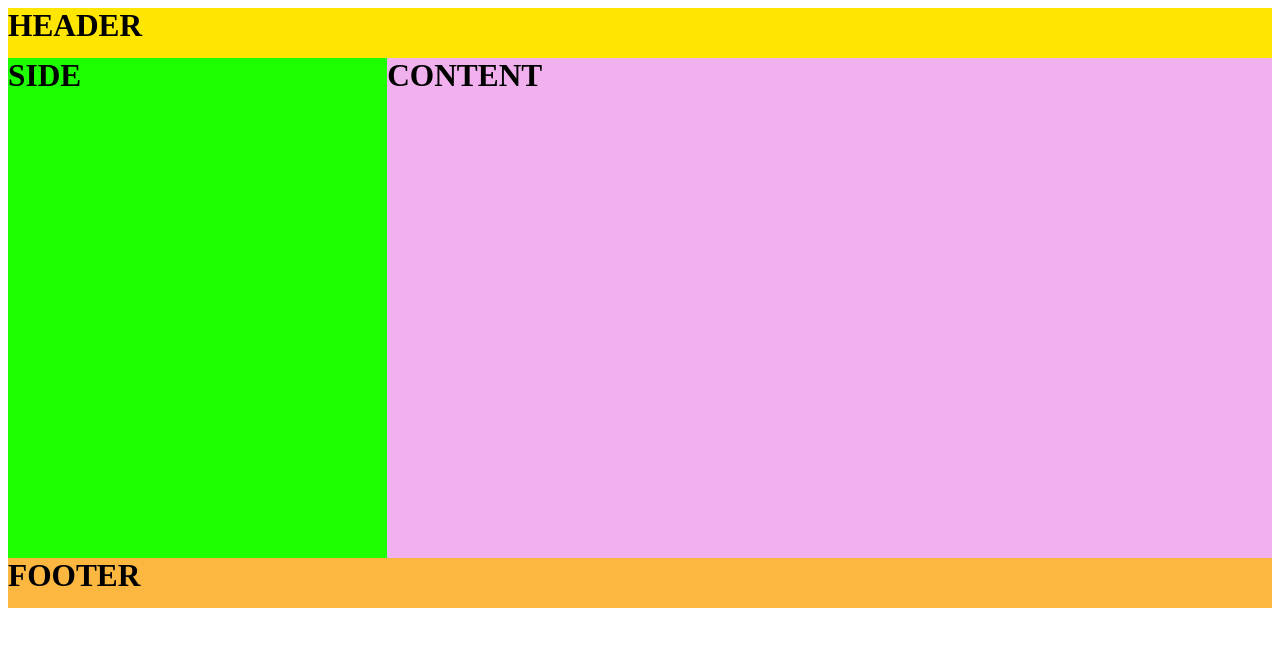
Repository: DuongThanhLong/Basic-responsive-HTML--CSS
Page: Flexbox/index.html
These files come from the project's save history. The page is drawn as it stood at one moment and after the next save; the edit follows.
The browser window is 1280 px wide. The pictures show the whole page.

Above is the page before, as saved 2021-09-21 18:14:26.

### Flexbox/index.html
<!DOCTYPE html>
<html lang="en">

<head>
    <meta charset="UTF-8">
    <meta http-equiv="X-UA-Compatible" content="IE=edge">
    <meta name="viewport" content="width=device-width, initial-scale=1.0">
    <title>Flexbox</title>
    <style>
        * {
            box-sizing: inherit;
            font-size: 1.4rem;
        }

        header {
            font-weight: bold;
            background-color: rgb(255, 230, 0);
            height: 50px;
        }

        .center {
            display: flex;
            height: 500px;
        }

        .side {
            font-weight: bold;
            width: 30%;
            background-color: rgb(30, 255, 0);
        }

        .content {
            font-weight: bold;
            width: 70%;
            background-color: #F1B1EE;
        }

        footer {
            font-weight: bold;
            background-color: #FCB741;
            height: 50px;
        }
    </style>
</head>

<body>
    <header>HEADER</header>
    <div class="center">
        <div class="side">SIDE</div>
        <div class="content">CONTENT</div>
    </div>
    <footer>FOOTER</footer>
</body>

</html>

After the next save:
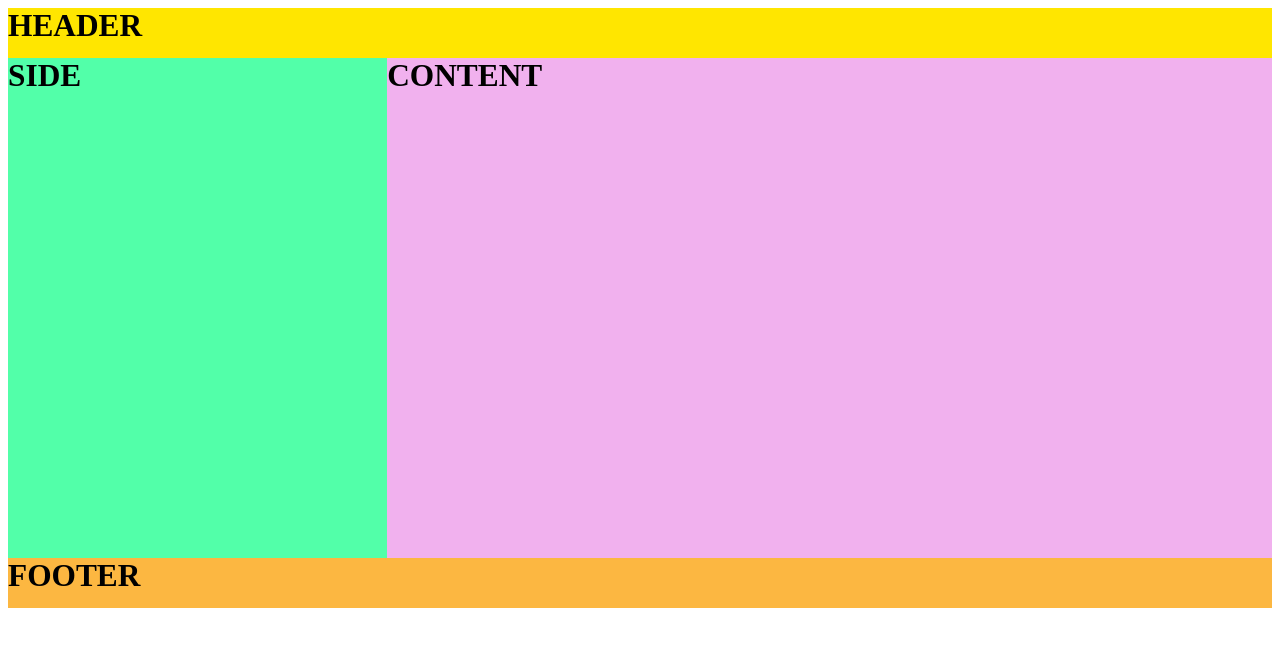
Saved 19 s later.
--- a/Flexbox/index.html
+++ b/Flexbox/index.html
@@ -26,7 +26,7 @@
         .side {
             font-weight: bold;
             width: 30%;
-            background-color: rgb(30, 255, 0);
+            background-color: rgba(0, 255, 128, 0.678);
         }
 
         .content {
